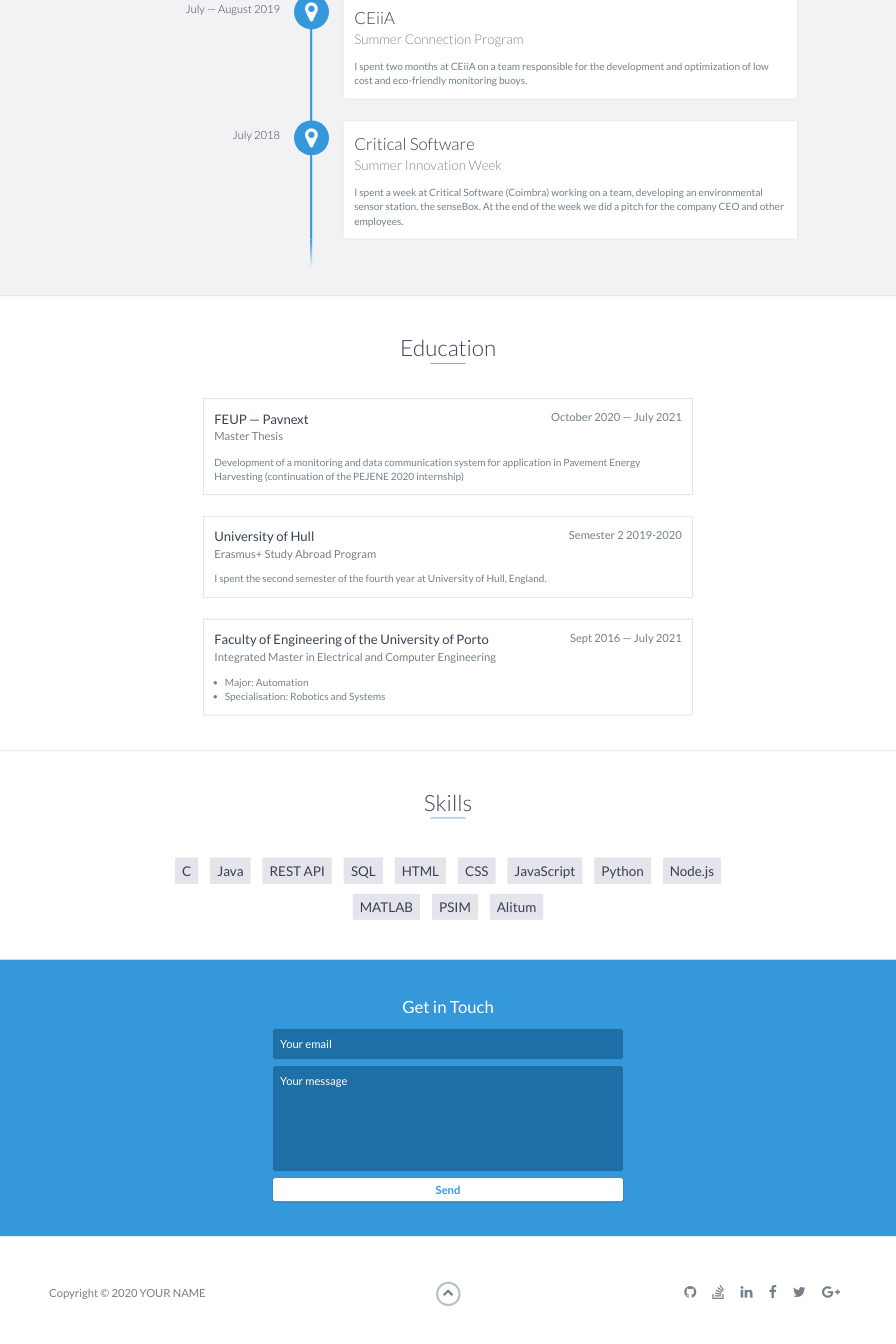
Repository: josegneto/josegneto.github.io
Page: index.html
An editor plug-in stored every save of this project. The page is shown before and after the next save, followed by the edit.
The browser window is 1280 px wide. The pictures show the part of the page from y = 1380 to 3300 px (the page is 3300 px tall before and 2905 px after), at 70% of full size.

Above is the page before, as saved 2021-11-30 11:40:42.

### index.html
<!DOCTYPE html>
<html class="no-js" lang="en">

<head>
    <meta charset="utf-8">
    <meta http-equiv="X-UA-Compatible" content="IE=edge">
    <meta name="viewport" content="width=device-width, initial-scale=1">
    <title>My Portfolio</title>
    <link rel="shortcut icon" href="favicon.ico" type="image/x-icon">
    <link rel="icon" href="favicon.ico" type="image/x-icon">
    <link href="https://fonts.googleapis.com/css?family=Lato:300,400,700,900" rel="stylesheet">
    <link rel="stylesheet" href="libs/font-awesome/css/font-awesome.min.css">
    <link href="css/bootstrap.min.css" rel="stylesheet">
    <link href="css/styles.css" rel="stylesheet">
</head>

<body>
    <div id="mobile-menu-open" class="shadow-large">
        <i class="fa fa-bars" aria-hidden="true"></i>
    </div>
    <!-- End #mobile-menu-toggle -->
    <header>
        <div id="mobile-menu-close">
            <span>Close</span> <i class="fa fa-times" aria-hidden="true"></i>
        </div>
        <ul id="menu" class="shadow">
            <li>
                <a href="#about">About</a>
            </li>
            <li>
                <a href="#experience">Experience</a>
            </li>
            <li>
                <a href="#education">Education</a>
            </li>
            <li>
                <a href="#projects">Projects</a>
            </li>
            <li>
                <a href="#skills">Skills</a>
            </li>
            <li>
                <a href="#contact">Contact</a>
            </li>
        </ul>
    </header>
    <!-- End header -->

    <div id="lead">
        <div id="lead-content">
            <h1>José Neto</h1>
            <h2>Electrical Engineer</h2>
            <a href="extra/CV_JoseNeto.pdf" class="btn-rounded-white" target="_blank">Download Resume</a>
        </div>
        <!-- End #lead-content -->

        <div id="lead-overlay"></div>

        <div id="lead-down">
            <span>
                <i class="fa fa-chevron-down" aria-hidden="true"></i>
            </span>
        </div>
        <!-- End #lead-down -->
    </div>
    <!-- End #lead -->

    <div id="about">
        <div class="container">
            <div class="row">
                <div class="col-md-4">
                    <h2 class="heading">About Me</h2>
                </div>
                <div class="col-md-8">
                    <h2>Areas of interest</h2>
                    <ul>
                        <li>Robotics</li>
                        <li>Embedded Systems</li>
                        <li>Internet of Things</li>
                        <li>Intelligent Transport Systems</li>
                    </ul>
                </div>
            </div>
        </div>
    </div>
    <!-- End #about -->

    <div id="experience" class="background-alt">
        <h2 class="heading">Experience</h2>
        <div id="experience-timeline">
            <div data-date="July &mdash; September 2020">
                <h3>Pavnext</h3>
                <h4>PEJENE 2020</h4>
                <p>
                    I was part of a team developing a smart-city structure capable of acquiring data from a
                    multi-slave->master system, which will be then presented on a Web interface. </p>
            </div>

            <div data-date="July &mdash; August 2019">
                <h3>CEiiA</h3>
                <h4>Summer Connection Program</h4>
                <p>
                    I spent two months at CEiiA on a team responsible for the development and optimization of low cost
                    and eco-friendly monitoring buoys. </p>
            </div>

            <div data-date="July 2018">
                <h3>Critical Software</h3>
                <h4>Summer Innovation Week</h4>
                <p>
                    I spent a week at Critical Software (Coimbra) working on a team, developing an environmental sensor
                    station, the senseBox. At the end of the week we did a pitch for the company CEO and other
                    employees. </p>
            </div>
        </div>
    </div>
    <!-- End #experience -->

    <div id="education">
        <h2 class="heading">Education</h2>
        <div class="education-block">
            <h3>FEUP &mdash; Pavnext</h3>
            <span class="education-date">October 2020 &mdash; July 2021</span>
            <h4>Master Thesis</h4>
            <p>
                Development of a monitoring and data communication system for application in Pavement Energy Harvesting
                (continuation of the PEJENE 2020 internship)
            </p>
        </div>
        <div class="education-block">
            <h3>University of Hull</h3>
            <span class="education-date">Semester 2 2019-2020</span>
            <h4>Erasmus+ Study Abroad Program</h4>
            <p>
                I spent the second semester of the fourth year at University of Hull,
                England.
            </p>
        </div>
        <div class="education-block">
            <h3>Faculty of Engineering of the University of Porto</h3>
            <span class="education-date">Sept 2016 &mdash; July 2021</span>
            <h4>Integrated Master in Electrical and Computer Engineering</h4>
            <ul>
                <li>
                    Major: Automation
                </li>
                <li>
                    Specialisation: Robotics and Systems
                </li>
            </ul>
        </div>
        <!-- End .education-block -->
    </div>
    <!-- End #education -->

<!--     <div id="projects" class="background-alt">
        <h2 class="heading">Projects</h2>
        <div class="container">
            <div class="row">
                <div class="project shadow-large">
                    <div class="project-image">
                        <img src="images/project.jpg" />
                    </div>
                     End .project-image
                    <div class="project-info">
                        <h3>Project Name Here</h3>
                        <p>
                            Lorem ipsum dolor sit amet, consectetur adipiscing elit. Curabitur in iaculis ex. Etiam
                            volutpat laoreet urna. Morbi ut tortor nec nulla commodo malesuada sit amet vel lacus. Fusce
                            eget efficitur libero. Morbi dapibus porta quam laoreet placerat.
                        </p>
                        <a href="#">View Project</a>
                    </div>
                     End .project-info
                </div>
                 End .project

                <div class="project shadow-large">
                    <div class="project-image">
                        <img src="images/project.jpg" />
                    </div>
                     End .project-image
                    <div class="project-info">
                        <h3>Project Name Here</h3>
                        <p>
                            Lorem ipsum dolor sit amet, consectetur adipiscing elit. Curabitur in iaculis ex. Etiam
                            volutpat laoreet urna. Morbi ut tortor nec nulla commodo malesuada sit amet vel lacus. Fusce
                            eget efficitur libero. Morbi dapibus porta quam laoreet placerat.
                        </p>
                        <a href="#">View Project</a>
                    </div>
                    End .project-info
                </div>
                 End .project
            </div>
        </div>
    </div> -->
    <!-- End #projects -->

    <div id="skills">
        <h2 class="heading">Skills</h2>
        <ul>
            <li>C</li>
            <li>Java</li>
            <li>REST API</li>
            <li>SQL</li>
            <li>HTML</li>
            <li>CSS</li>
            <li>JavaScript</li>
            <li>Python</li>
            <li>Node.js</li>
            <li>MATLAB</li>
            <li>PSIM</li>
            <li>Alitum</li>

        </ul>
    </div>
    <!-- End #skills -->

    <div id="contact">
        <h2>Get in Touch</h2>
        <div id="contact-form">
            <form method="POST" action="https://formspree.io/email@email.com">
                <input type="hidden" name="_subject" value="Contact request from personal website" />
                <input type="email" name="_replyto" placeholder="Your email" required>
                <textarea name="message" placeholder="Your message" required></textarea>
                <button type="submit">Send</button>
            </form>
        </div>
        <!-- End #contact-form -->
    </div>
    <!-- End #contact -->

    <footer>
        <div class="container">
            <div class="row">
                <div class="col-sm-5 copyright">
                    <p>
                        Copyright &copy; 2020 YOUR NAME
                    </p>
                </div>
                <div class="col-sm-2 top">
                    <span id="to-top">
                        <i class="fa fa-chevron-up" aria-hidden="true"></i>
                    </span>
                </div>
                <div class="col-sm-5 social">
                    <ul>
                        <li>
                            <a href="https://github.com/" target="_blank"><i class="fa fa-github"
                                    aria-hidden="true"></i></a>
                        </li>
                        <li>
                            <a href="https://stackoverflow.com/" target="_blank"><i class="fa fa-stack-overflow"
                                    aria-hidden="true"></i></a>
                        </li>
                        <li>
                            <a href="https://linkedin.com/" target="_blank"><i class="fa fa-linkedin"
                                    aria-hidden="true"></i></a>
                        </li>
                        <li>
                            <a href="https://www.facebook.com/" target="_blank"><i class="fa fa-facebook"
                                    aria-hidden="true"></i></a>
                        </li>
                        <li>
                            <a href="https://twitter.com/" target="_blank"><i class="fa fa-twitter"
                                    aria-hidden="true"></i></a>
                        </li>
                        <li>
                            <a href="https://plus.google.com/" target="_blank"><i class="fa fa-google-plus"
                                    aria-hidden="true"></i></a>
                        </li>
                    </ul>
                </div>
            </div>
        </div>
    </footer>
    <!-- End footer -->

    <script src="https://ajax.googleapis.com/ajax/libs/jquery/1.12.4/jquery.min.js"></script>
    <script src="js/scripts.min.js"></script>
</body>

</html>

### css/styles.css
/*!
Title: Dev Portfolio Template
Version: 1.2.2
Last Change: 03/25/2020
Author: Ryan Fitzgerald
Repo: https://github.com/RyanFitzgerald/devportfolio-template
Issues: https://github.com/RyanFitzgerald/devportfolio-template/issues

Description: This file contains all the styles associated with the page
that don't come from third party libraries. This file gets compiled using
Gulp and send to the /css folder which is then loaded on the page.
*/
body {
	font-family: 'Lato', sans-serif;
	font-size: 16px
}

body.active {
	overflow: hidden;
	z-index: -1
}

.no-js #experience-timeline>div {
	background: #fff;
	padding: 10px;
	margin-bottom: 10px;
	border: 1px solid #dcd9d9
}

.no-js #experience-timeline>div h3 {
	font-size: 1.5em;
	font-weight: 300;
	color: #374054;
	display: inline-block;
	margin: 0
}

.no-js #experience-timeline>div h4 {
	font-size: 1.2em;
	font-weight: 300;
	color: #7e8890;
	margin: 0 0 15px 0
}

.no-js #experience-timeline>div p {
	color: #74808a;
	font-size: 0.9em;
	margin: 0
}

.no-js #experience-timeline:before,
.no-js #experience-timeline:after {
	content: none
}

@keyframes dropHeader {
	0% {
		transform: translateY(-100%)
	}
	100% {
		transform: translateY(0)
	}
}

header {
	position: absolute;
	top: 0;
	left: 0;
	right: 0;
	text-align: center;
	z-index: 10;
	animation-name: dropHeader;
	animation-iteration-count: 1;
	animation-timing-function: ease;
	animation-duration: 0.75s
}

header ul {
	display: inline-block;
	background: #fff;
	text-align: center;
	padding: 10px;
	margin: 0;
	border-bottom-right-radius: 4px;
	border-bottom-left-radius: 4px
}

header li {
	display: inline-block
}

header a {
	display: block;
	color: #3498db;
	padding: 10px
}

header a:hover {
	color: #217dbb;
	text-decoration: none;
	background: #eee;
	border-radius: 4px
}

header a:focus {
	color: #3498db;
	text-decoration: none
}

header.active {
	display: block
}

header.sticky {
	position: fixed;
	z-index: 999
}

#menu.active {
	display: block
}

#mobile-menu-open {
	display: none;
	cursor: pointer;
	position: fixed;
	right: 15px;
	top: 10px;
	color: #3498db;
	font-size: 1.5em;
	z-index: 20;
	padding: 0 7px;
	border-radius: 4px;
	background: #fff
}

#mobile-menu-close {
	display: none;
	text-align: right;
	width: 100%;
	background: #fff;
	font-size: 1.5em;
	padding-right: 15px;
	padding-top: 10px;
	cursor: pointer;
	color: #3498db
}

#mobile-menu-close span {
	font-size: 0.5em;
	text-transform: uppercase
}

#mobile-menu-close i {
	vertical-align: middle
}

footer {
	padding: 50px 0
}

.copyright {
	padding-top: 20px
}

.copyright p {
	margin: 0;
	color: #74808a
}

.top {
	text-align: center
}

.top span {
	cursor: pointer;
	display: block;
	margin: 15px auto 0 auto;
	width: 35px;
	height: 35px;
	border-radius: 50%;
	border: 3px solid #b9bfc4;
	text-align: center
}

.top i {
	color: #74808a
}

.social {
	text-align: right
}

.social ul {
	margin: 5px 0 0 0;
	padding: 0
}

.social li {
	display: inline-block;
	font-size: 1.25em;
	list-style: none
}

.social a {
	display: block;
	color: #74808a;
	padding: 10px
}

.social a:hover {
	color: #3498db
}

.btn-rounded-white {
	display: inline-block;
	color: #fff;
	padding: 15px 25px;
	border: 3px solid #fff;
	border-radius: 30px;
	transition: .5s ease all
}

.btn-rounded-white:hover {
	color: #3498db;
	background: #fff;
	text-decoration: none
}

.shadow {
	box-shadow: 0 1px 3px rgba(0, 0, 0, 0.12), 0 1px 2px rgba(0, 0, 0, 0.24)
}

.shadow-large {
	box-shadow: 0 3px 6px rgba(0, 0, 0, 0.08), 0 3px 6px rgba(0, 0, 0, 0.15)
}

.heading {
	position: relative;
	display: inline-block;
	font-size: 2em;
	font-weight: 300;
	margin: 0 0 30px 0
}

.heading:after {
	position: absolute;
	content: '';
	top: 100%;
	height: 1px;
	width: 50px;
	left: 0;
	right: 0;
	margin: 0 auto;
	background: #3498db
}

.background-alt {
	background: #f2f2f5
}

#lead {
	position: relative;
	height: 100vh;
	min-height: 500px;
	max-height: 1080px;
	background: url(../images/lead-bg.jpg);
	background-size: cover;
	padding: 15px;
	overflow: hidden
}

#lead-content {
	position: absolute;
	z-index: 10;
	top: 50%;
	left: 50%;
	transform: translate(-50%, -50%);
	text-align: center
}

#lead-content h1,
#lead-content h2 {
	margin: 0
}

#lead-content h1 {
	color: #fff;
	font-weight: 900;
	font-size: 5em;
	text-transform: uppercase;
	letter-spacing: 0.05em;
	line-height: 0.9em
}

#lead-content h2 {
	color: #a0cfee;
	font-weight: 500;
	font-size: 2.25em;
	margin-bottom: 15px
}

#lead-overlay {
	position: absolute;
	height: 100%;
	width: 100%;
	top: 0;
	right: 0;
	bottom: 0;
	left: 0;
	background: rgba(33, 125, 187, 0.8);
	z-index: 1
}

#lead-down {
	position: absolute;
	left: 0;
	right: 0;
	width: 100%;
	text-align: center;
	z-index: 10;
	bottom: 15px;
	color: #fff
}

#lead-down span {
	cursor: pointer;
	display: block;
	margin: 0 auto;
	width: 35px;
	height: 35px;
	border-radius: 50%;
	border: 3px solid #a0cfee;
	text-align: center
}

#lead-down i {
	animation: pulsate 1.5s ease;
	animation-iteration-count: infinite;
	padding-top: 5px
}

@keyframes pulsate {
	0% {
		transform: scale(1, 1)
	}
	50% {
		transform: scale(1.2, 1.2)
	}
	100% {
		transform: scale(1, 1)
	}
}

#about {
	padding: 75px 15px;
	border-bottom: 1px solid #dcd9d9
}

#about h2 {
	color: #374054
}

#about p, #about ul, #about li {
	color: #74808a;
	margin: 0
}

#experience {
	padding: 50px 15px;
	text-align: center;
	border-bottom: 1px solid #dcd9d9
}

#experience h2 {
	color: #374054
}

#experience-timeline {
	margin: 30px auto 0 auto;
	position: relative;
	max-width: 1000px
}

#experience-timeline:before {
	position: absolute;
	content: '';
	top: 0;
	bottom: 0;
	left: 303px;
	right: auto;
	height: 100%;
	width: 3px;
	background: #3498db;
	z-index: 0
}

#experience-timeline:after {
	position: absolute;
	content: '';
	width: 3px;
	height: 40px;
	background: #3498db;
	background: linear-gradient(to bottom, #3498db, rgba(52, 152, 219, 0));
	top: 100%;
	left: 303px
}

.vtimeline-content {
	margin-left: 350px;
	background: #fff;
	border: 1px solid #e6e6e6;
	padding: 15px;
	border-radius: 3px;
	text-align: left
}

.vtimeline-content h3 {
	font-size: 1.5em;
	font-weight: 300;
	color: #374054;
	display: inline-block;
	margin: 0
}

.vtimeline-content h4 {
	font-size: 1.2em;
	font-weight: 300;
	color: #7e8890;
	margin: 0 0 15px 0
}

.vtimeline-content p {
	color: #74808a;
	font-size: 0.9em;
	margin: 0
}

.vtimeline-point {
	position: relative;
	display: block;
	vertical-align: top;
	margin-bottom: 30px
}

.vtimeline-icon {
	position: relative;
	color: #fff;
	width: 50px;
	height: 50px;
	background: #3498db;
	border-radius: 50%;
	float: left;
	z-index: 99;
	margin-left: 280px
}

.vtimeline-icon i {
	display: block;
	font-size: 2em;
	margin-top: 10px
}

.vtimeline-date {
	width: 260px;
	text-align: right;
	position: absolute;
	left: 0;
	top: 10px;
	font-weight: 300;
	color: #374054
}

#education {
	padding: 50px 15px 20px 15px;
	border-bottom: 1px solid #dcd9d9;
	text-align: center
}

#education h2 {
	color: #374054;
	margin-bottom: 50px
}

.education-block {
	max-width: 700px;
	margin: 0 auto 30px auto;
	padding: 15px;
	border: 1px solid #dcd9d9;
	text-align: left
}

.education-block h3 {
	font-weight: 500;
	float: left;
	margin: 0;
	color: #374054
}

.education-block span {
	color: #74808a;
	float: right
}

.education-block h4 {
	color: #74808a;
	clear: both;
	font-weight: 500;
	margin: 0 0 15px 0
}

.education-block p,
.education-block ul {
	margin: 0;
	color: #74808a;
	font-size: 0.9em
}

.education-block ul {
	padding: 0 0 0 15px
}

#projects {
	padding: 50px 15px;
	border-bottom: 1px solid #dcd9d9;
	text-align: center
}

#projects h2 {
	color: #374054;
	margin-bottom: 50px
}

.project {
	position: relative;
	max-width: 900px;
	margin: 0 auto 30px auto;
	overflow: hidden;
	background: #fff;
	border-radius: 4px
}

.project-image {
	float: left
}

.project-info {
	position: absolute;
	top: 50%;
	transform: translateY(-50%);
	margin-left: 300px;
	padding: 15px
}

.project-info h3 {
	font-size: 1.5em;
	font-weight: 300;
	color: #374054;
	margin: 0 0 15px 0
}

.project-info p {
	color: #74808a;
	margin: 0 0 15px 0;
	font-size: 0.9em
}

.no-image .project-info {
	position: relative;
	margin: 0;
	padding: 30px 15px;
	transform: none
}

#more-projects {
	display: none
}

#skills {
	padding: 50px 15px;
	text-align: center
}

#skills h2 {
	color: #374054;
	margin-bottom: 50px
}

#skills ul {
	display: block;
	margin: 0 auto;
	padding: 0;
	max-width: 800px
}

#skills li {
	display: inline-block;
	margin: 7px;
	padding: 5px 10px;
	color: #374054;
	background: #e4e4ea;
	list-style: none;
	cursor: default;
	font-size: 1.2em
}

#contact {
	padding: 50px 15px;
	background: #3498db;
	text-align: center
}

#contact h2 {
	margin: 0 0 15px 0;
	color: #fff;
	font-weight: 500
}

#contact-form {
	max-width: 500px;
	margin: 0 auto
}

#contact-form input,
#contact-form textarea {
	display: block;
	width: 100%;
	padding: 10px;
	border-radius: 4px;
	border: none;
	margin-bottom: 10px;
	background: #1d6fa5;
	color: #fff;
	transition: .5s ease all
}

#contact-form input::-webkit-input-placeholder,
#contact-form textarea::-webkit-input-placeholder {
	color: #fff
}

#contact-form input:-moz-placeholder,
#contact-form textarea:-moz-placeholder {
	color: #fff;
	opacity: 1
}

#contact-form input::-moz-placeholder,
#contact-form textarea::-moz-placeholder {
	color: #fff;
	opacity: 1
}

#contact-form input:-ms-input-placeholder,
#contact-form textarea:-ms-input-placeholder {
	color: #fff
}

#contact-form input:focus,
#contact-form textarea:focus {
	outline: none;
	background: #16527a
}

#contact-form textarea {
	height: 150px;
	resize: none
}

#contact-form button {
	display: block;
	width: 100%;
	background: #fff;
	border-radius: 4px;
	padding: 5px 10px;
	border: none;
	color: #3498db;
	font-weight: 700;
	box-shadow: 0 1px 3px rgba(0, 0, 0, 0.12), 0 1px 2px rgba(0, 0, 0, 0.24);
	transition: .5s ease all
}

#contact-form button:hover {
	box-shadow: 0 10px 20px rgba(0, 0, 0, 0.19), 0 6px 6px rgba(0, 0, 0, 0.23)
}

.optional-section {
	padding: 50px 15px;
	text-align: center;
	border-top: 1px solid #dcd9d9
}

.optional-section h2 {
	color: #374054
}

.optional-section-block {
	max-width: 700px;
	margin: 0 auto 30px auto;
	padding: 15px;
	border: 1px solid #dcd9d9;
	background: #fff;
	text-align: left
}

.optional-section-block h3 {
	font-weight: 500;
	margin: 0 0 15px 0;
	color: #374054
}

.optional-section-block h4 {
	color: #74808a;
	clear: both;
	font-weight: 500;
	margin: 0 0 15px 0
}

.optional-section-block p,
.optional-section-block ul {
	margin: 0 0 15px 0;
	color: #74808a;
	font-size: 0.9em
}

.optional-section-block ul {
	padding: 0 0 0 15px
}

@media only screen and (max-width: 750px) {
	#experience-timeline:before,
	#experience-timeline:after {
		left: 23px
	}
	.vtimeline-date {
		width: auto;
		text-align: left;
		position: relative;
		margin-bottom: 15px;
		display: block;
		margin-left: 70px
	}
	.vtimeline-icon {
		margin-left: 0
	}
	.vtimeline-content {
		margin-left: 70px
	}
}

@media only screen and (max-width: 992px) {
	#lead {
		height: auto;
		min-height: auto;
		max-height: auto;
		padding: 100px 15px
	}
	#lead-content {
		position: relative;
		transform: none;
		left: auto;
		top: auto
	}
	#lead-content h1 {
		font-size: 3em
	}
	#lead-content h2 {
		font-size: 1.75em
	}
	#about {
		text-align: center
	}
	#about p {
		text-align: left
	}
}

@media only screen and (max-width: 768px) {
	header {
		position: fixed;
		display: none;
		z-index: 999;
		animation: none;
		bottom: 0;
		height: 100%
	}
	#mobile-menu-open,
	#mobile-menu-close {
		display: block
	}
	#menu {
		height: 100%;
		overflow-y: auto;
		box-shadow: none;
		border-radius: 0;
		width: 100%
	}
	#menu li {
		display: block;
		margin-bottom: 10px
	}
	#lead-content h1 {
		font-size: 2em
	}
	#lead-content h2 {
		font-size: 1.3em
	}
	#lead-content a {
		padding: 10px 20px
	}
	#lead-down {
		display: none
	}
	.education-block h3,
	.education-block span {
		float: none
	}
	.project-image {
		display: none
	}
	.project-info {
		position: relative;
		margin: 0;
		padding: 30px 15px;
		top: auto;
		transform: none
	}
	footer {
		text-align: center
	}
	.social {
		text-align: center
	}
}

@media only screen and (max-width: 480px) {
	#lead-content h1 {
		font-size: 1.5em
	}
	#lead-content h2 {
		font-size: 1em
	}
	#lead-content a {
		font-size: 0.9em;
		padding: 5px 10px
	}
}

Loaded but not shown: libs/font-awesome/css/font-awesome.min.css (library); css/bootstrap.min.css (library); js/scripts.min.js (common file)

After the next save:
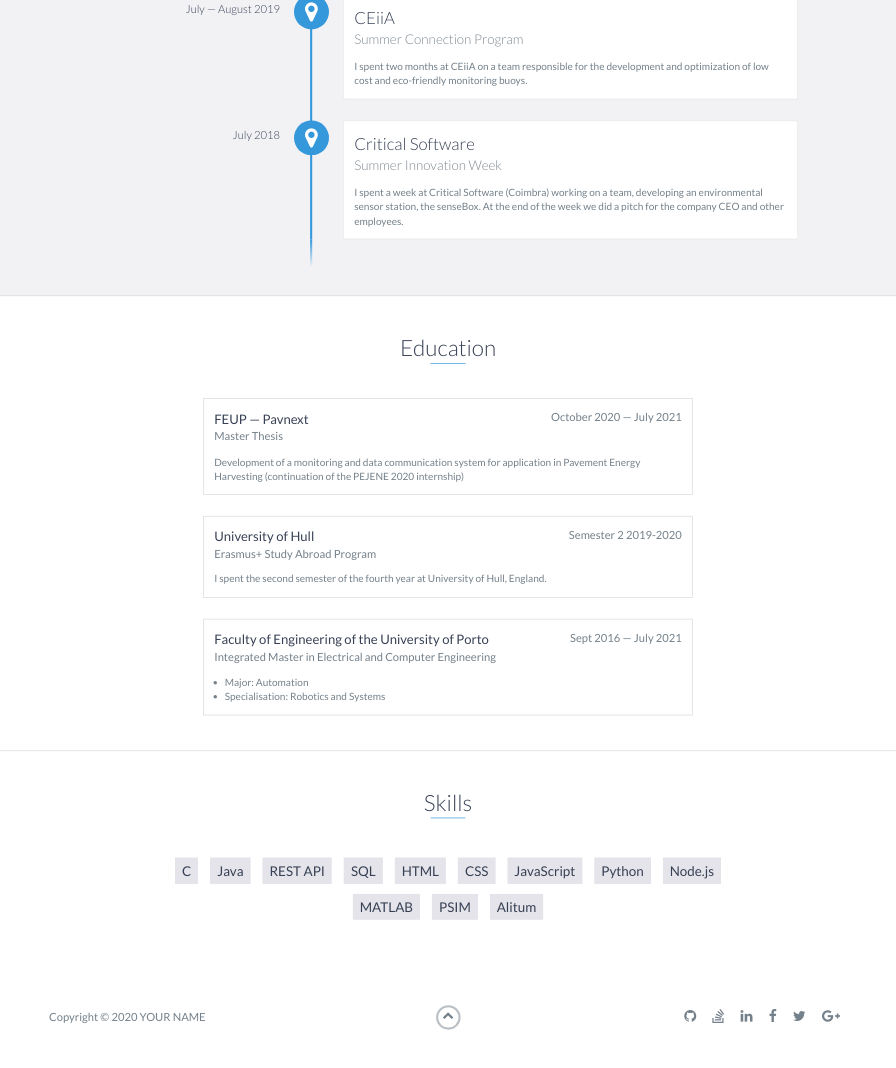
Saved 23 s later.
--- a/index.html
+++ b/index.html
@@ -216,7 +216,7 @@
         </ul>
     </div>
     <!-- End #skills -->
-
+<!--
     <div id="contact">
         <h2>Get in Touch</h2>
         <div id="contact-form">
@@ -227,9 +227,10 @@
                 <button type="submit">Send</button>
             </form>
         </div>
-        <!-- End #contact-form -->
-    </div>
-    <!-- End #contact -->
+         End #contact-form
+    </div>
+    <!-- End #contact
+    -->
 
     <footer>
         <div class="container">
